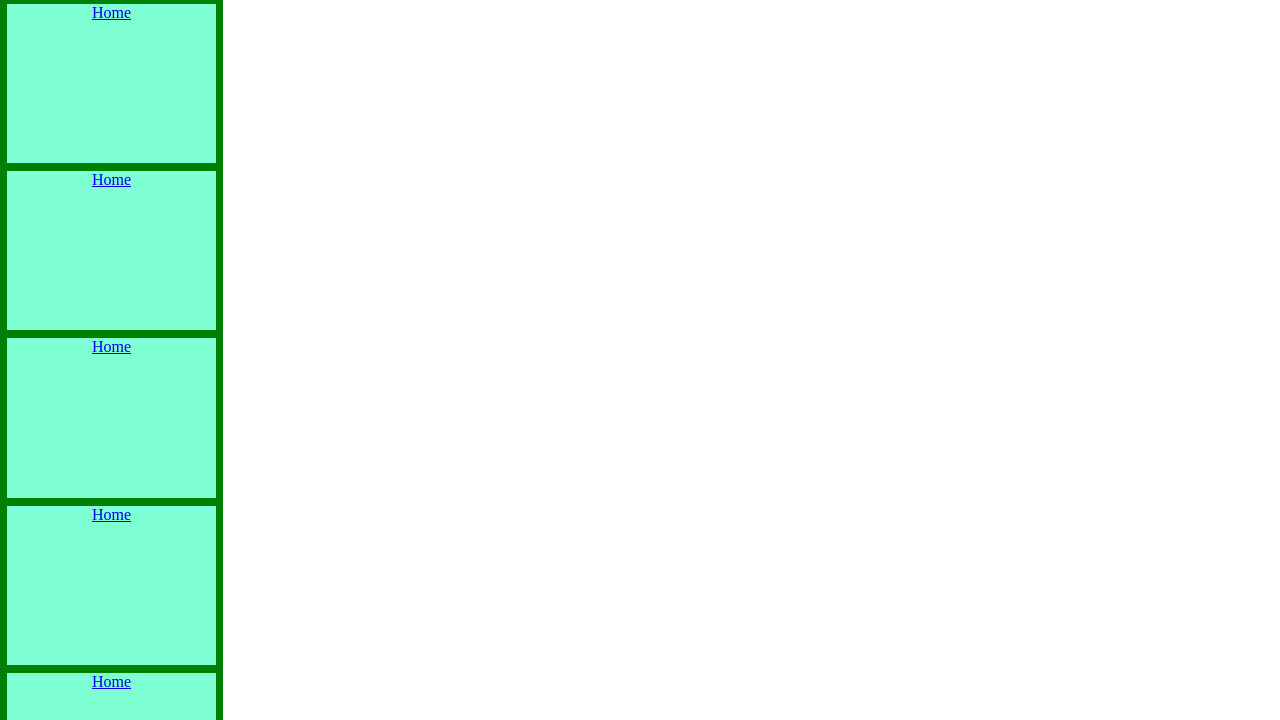
Repository: Tahaa2t/Researchers
Page: /
The author's editor kept a copy of each file at every save. The page is drawn from the files as they stood at one save, then again after the next save.
The browser window is 1280 px wide. The pictures show the whole page.
The project was rebuilt for these pictures with package versions that can differ from the ones it lists, and the page was loaded fresh each time. Also part of the build but not shown: src/Components/loginform.js, src/Components/HomePage.js.

Above is the page before, as saved 2023-07-05 20:25:03.

After the next save:
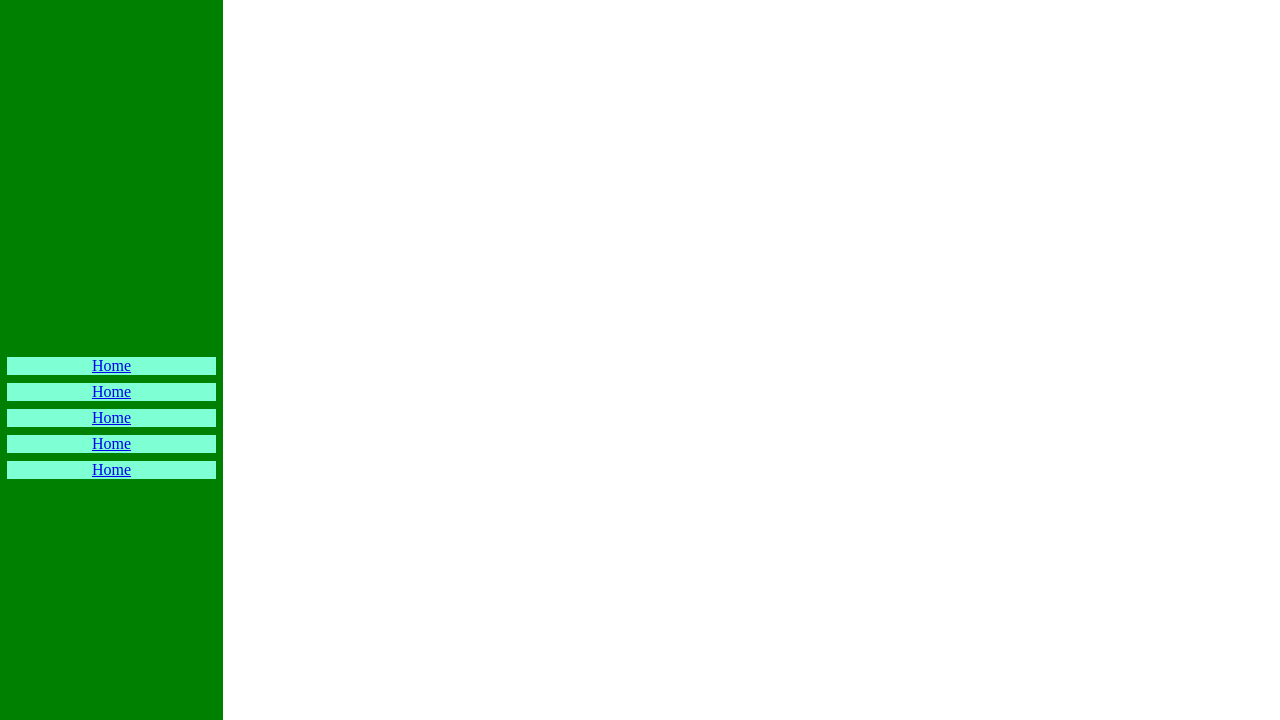
Saved 17 s later.
--- a/src/Components/css/navbarstyle.css
+++ b/src/Components/css/navbarstyle.css
@@ -16,7 +16,7 @@
 .btn {
   background-color: aquamarine;
   width: 94%;
-  height: 30%;
+  height: auto;
   margin: 4px;
   display: flex;
   justify-content: center;

After the 5 saves that followed:
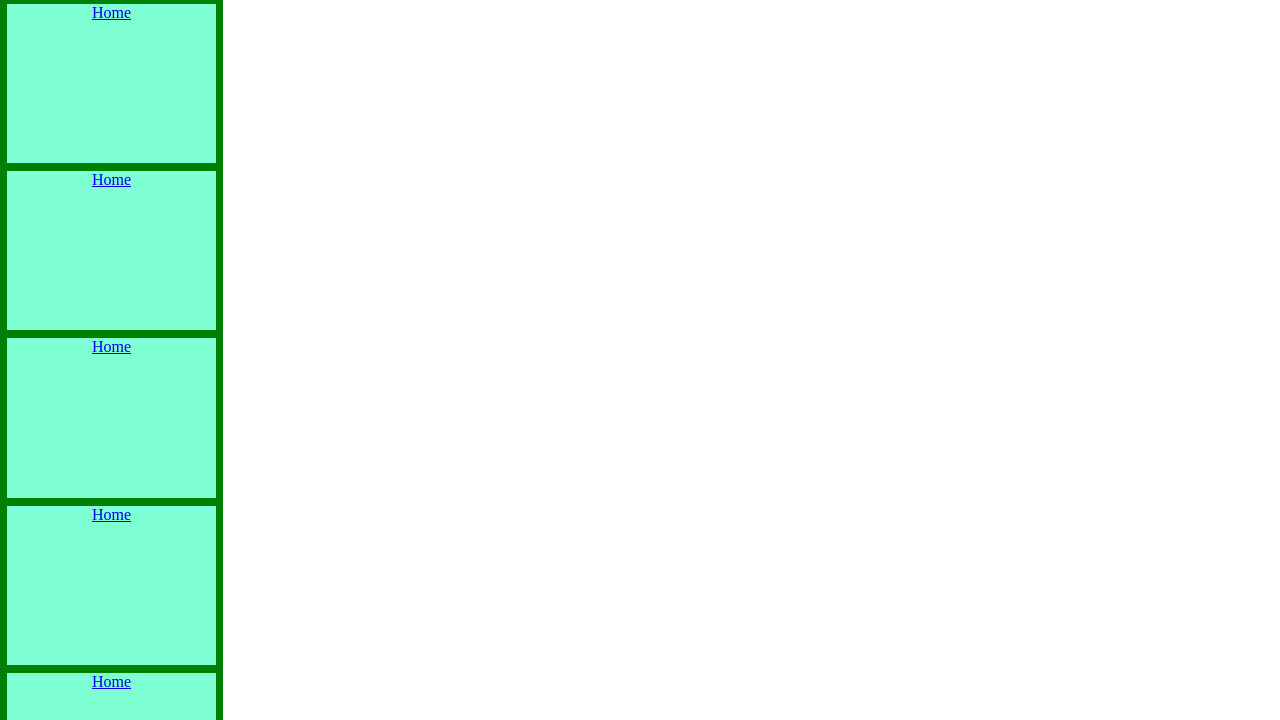
The 5 saves are shown as one change because 2 left the picture as it was and some came seconds apart.
The last was saved 56 s later.
--- a/src/Components/css/navbarstyle.css
+++ b/src/Components/css/navbarstyle.css
@@ -16,10 +16,11 @@
 .btn {
   background-color: aquamarine;
   width: 94%;
-  height: auto;
+  height: 200px;
   margin: 4px;
   display: flex;
   justify-content: center;
+  align-content: center;
 }
 
 .btn button {
